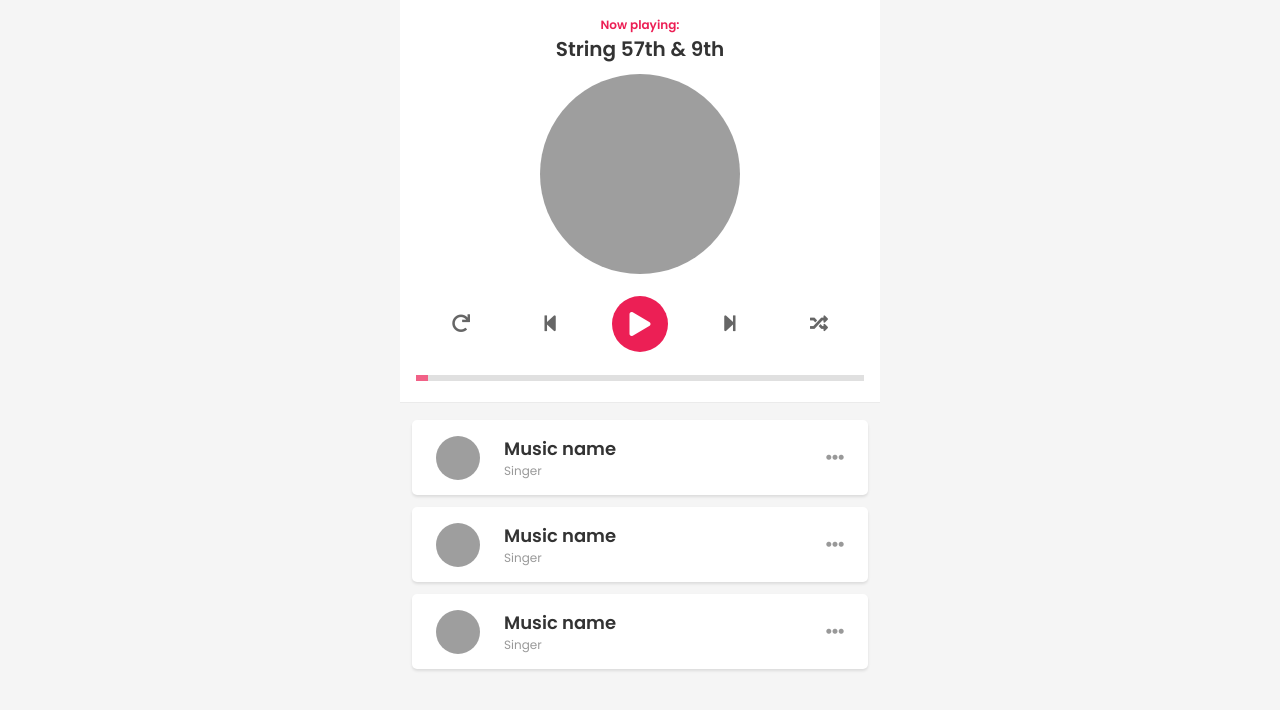
Repository: dovanthao2404/AppMusicPlayer
Page: index.html
The author's editor kept a copy of each file at every save. The page is drawn from the files as they stood at one save, then again after the next save.
The browser window is 1280 px wide. The pictures show the whole page.
Pictures or frames that could not be fetched are drawn as grey boxes.

Above is the page before, as saved 2021-06-28 12:51:50.

### index.html
<!DOCTYPE html>
<html lang="en">

<head>
  <meta charset="UTF-8">
  <meta http-equiv="X-UA-Compatible" content="IE=edge">
  <meta name="viewport" content="width=device-width, initial-scale=1.0">
  <title>Music player</title>
  <link rel="stylesheet" href="https://cdnjs.cloudflare.com/ajax/libs/font-awesome/5.15.2/css/all.min.css"
    integrity="sha512-HK5fgLBL+xu6dm/Ii3z4xhlSUyZgTT9tuc/hSrtw6uzJOvgRr2a9jyxxT1ely+B+xFAmJKVSTbpM/CuL7qxO8w=="
    crossorigin="anonymous" />
  <link rel="preconnect" href="https://fonts.gstatic.com">
  <link href="https://fonts.googleapis.com/css2?family=Poppins:wght@300;400;600&display=swap" rel="stylesheet">
  <link rel="stylesheet" href="./css/app.css">
</head>

<body>
  <div class="player">
    <!-- Dashboard -->
    <div class="dashboard">
      <!-- Header -->
      <header>
        <h4>Now playing:</h4>
        <h2>String 57th & 9th</h2>
      </header>

      <!-- CD -->
      <div class="cd">
        <div class="cd-thumb" style="background-image: url('https://i.ytimg.com/vi/jTLhQf5KJSc/maxresdefault.jpg')">
        </div>
      </div>

      <!-- Control -->
      <div class="control">
        <div class="btn btn-repeat">
          <i class="fas fa-redo"></i>
        </div>
        <div class="btn btn-prev">
          <i class="fas fa-step-backward"></i>
        </div>
        <div class="btn btn-toggle-play">
          <i class="fas fa-pause icon-pause"></i>
          <i class="fas fa-play icon-play"></i>
        </div>
        <div class="btn btn-next">
          <i class="fas fa-step-forward"></i>
        </div>
        <div class="btn btn-random">
          <i class="fas fa-random"></i>
        </div>
      </div>

      <input id="progress" class="progress" type="range" value="0" step="1" min="0" max="100">

      <audio id="audio" src=""></audio>
    </div>

    <!-- Playlist -->
    <div class="playlist">
      <div class="song">
        <div class="thumb" style="background-image: url('https://i.ytimg.com/vi/jTLhQf5KJSc/maxresdefault.jpg')">
        </div>
        <div class="body">
          <h3 class="title">Music name</h3>
          <p class="author">Singer</p>
        </div>
        <div class="option">
          <i class="fas fa-ellipsis-h"></i>
        </div>
      </div>
      <div class="song">
        <div class="thumb" style="background-image: url('https://i.ytimg.com/vi/jTLhQf5KJSc/maxresdefault.jpg')">
        </div>
        <div class="body">
          <h3 class="title">Music name</h3>
          <p class="author">Singer</p>
        </div>
        <div class="option">
          <i class="fas fa-ellipsis-h"></i>
        </div>
      </div>
      <div class="song">
        <div class="thumb" style="background-image: url('https://i.ytimg.com/vi/jTLhQf5KJSc/maxresdefault.jpg')">
        </div>
        <div class="body">
          <h3 class="title">Music name</h3>
          <p class="author">Singer</p>
        </div>
        <div class="option">
          <i class="fas fa-ellipsis-h"></i>
        </div>
      </div>
    </div>
  </div>
  <script src="./js/app.js"></script>
</body>

</html>

### css/app.css
:root {
  --primary-color: #ec1f55;
  --text-color: #333;
}

* {
  padding: 0;
  margin: 0;
  box-sizing: inherit;
}

body {
  background-color: #f5f5f5;
}

html {
  box-sizing: border-box;
  font-family: "Poppins", sans-serif;
}

.player {
  position: relative;
  max-width: 480px;
  margin: 0 auto;
}

.player .icon-pause {
  display: none;
}

.player.playing .icon-pause {
  display: inline-block;
}

.player.playing .icon-play {
  display: none;
}

.dashboard {
  padding: 16px 16px 14px;
  background-color: #fff;
  position: fixed;
  top: 0;
  width: 100%;
  max-width: 480px;
  border-bottom: 1px solid #ebebeb;
}

/* HEADER */
header {
  text-align: center;
  margin-bottom: 10px;
}

header h4 {
  color: var(--primary-color);
  font-size: 12px;
}

header h2 {
  color: var(--text-color);
  font-size: 20px;
}

/* CD */
.cd {
  display: flex;
  margin: auto;
  width: 200px;
}

.cd-thumb {
  width: 100%;
  padding-top: 100%;
  border-radius: 50%;
  background-color: #333;
  background-size: cover;
  margin: auto;
}

/* CONTROL */
.control {
  display: flex;
  align-items: center;
  justify-content: space-around;
  padding: 18px 0 8px 0;
}

.control .btn {
  color: #666;
  padding: 18px;
  font-size: 18px;
}

.control .btn.active {
  color: var(--primary-color);
}

.control .btn-toggle-play {
  width: 56px;
  height: 56px;
  border-radius: 50%;
  font-size: 24px;
  color: #fff;
  display: flex;
  align-items: center;
  justify-content: center;
  background-color: var(--primary-color);
}

.progress {
  width: 100%;
  -webkit-appearance: none;
  height: 6px;
  background: #d3d3d3;
  outline: none;
  opacity: 0.7;
  -webkit-transition: 0.2s;
  transition: opacity 0.2s;
}

.progress::-webkit-slider-thumb {
  -webkit-appearance: none;
  appearance: none;
  width: 12px;
  height: 6px;
  background-color: var(--primary-color);
  cursor: pointer;
}

/* PLAYLIST */
.playlist {
  margin-top: 408px;
  padding: 12px;
}

.song {
  display: flex;
  align-items: center;
  margin-bottom: 12px;
  background-color: #fff;
  padding: 8px 16px;
  border-radius: 5px;
  box-shadow: 0 2px 3px rgba(0, 0, 0, 0.1);
}

.song.active {
  background-color: var(--primary-color);
}

.song:active {
  opacity: 0.8;
}

.song.active .option,
.song.active .author,
.song.active .title {
  color: #fff;
}

.song .thumb {
  width: 44px;
  height: 44px;
  border-radius: 50%;
  background-size: cover;
  margin: 0 8px;
}

.song .body {
  flex: 1;
  padding: 0 16px;
}

.song .title {
  font-size: 18px;
  color: var(--text-color);
}

.song .author {
  font-size: 12px;
  color: #999;
}

.song .option {
  padding: 16px 8px;
  color: #999;
  font-size: 18px;
}

### js/app.js
const $ = document.querySelector.bind(document);
const $$ = document.querySelectorAll.bind(document);

const playList = $(".playlist");

const app = {
  songs: [
    {
      name: 'Nevada',
      singer: 'Vicetone',
      path: '../music/nevada.mp3',
      image: '../img/nevada.jpeg'
    }, {
      name: 'Bai Nay Child Phe',
      singer: 'Den Vau',
      path: '../music/child.mp3',
      image: '../img/bainaychildphet.jpg'
    }, {
      name: 'Dance monkey',
      singer: 'Tones',
      path: '../music/dancemokey.mp3',
      image: '../img/dancemonkey.jpg'
    }, {
      name: 'Loi nho',
      singer: 'Den Vau',
      path: '../music/loinho.mp3',
      image: '../img/loinho.jpg'
    }, {
      name: 'Tron Tim',
      singer: 'Den Vau',
      path: '../music/trontim.mp3',
      image: '../img/trontim.jpg'
    }, {
      name: 'Waiting for love',
      singer: 'Avicii',
      path: '../music/waitingforlove.mp3',
      image: '../img/waitingforlove.jpg'
    },

  ],
  render: function () {
    const htmls = this.songs.map(song => {
      `<div class="song">
      <div class="thumb" style="background-image: url('${song.image}')">
      </div>
      <div class="body">
        <h3 class="title">${song.name}</h3>
        <p class="author">${song.singer}</p>
      </div>
      <div class="option">
        <i class="fas fa-ellipsis-h"></i>
      </div>
    </div>`
    })
  },
  start: function () {
    this.render()

  },
}
app.start();

After the next save:
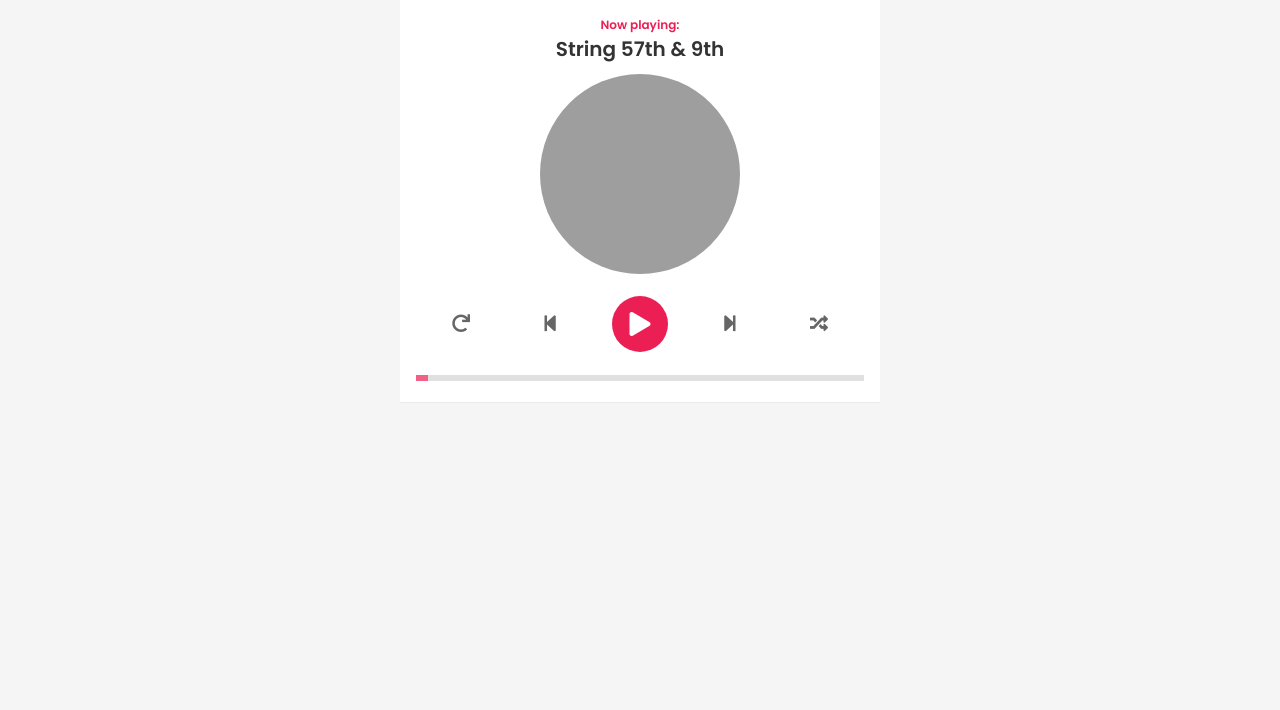
Saved 51 s later.
--- a/js/app.js
+++ b/js/app.js
@@ -52,6 +52,7 @@ const app = {
       </div>
     </div>`
     })
+    playList.innerHTML = htmls.join('');
   },
   start: function () {
     this.render()
